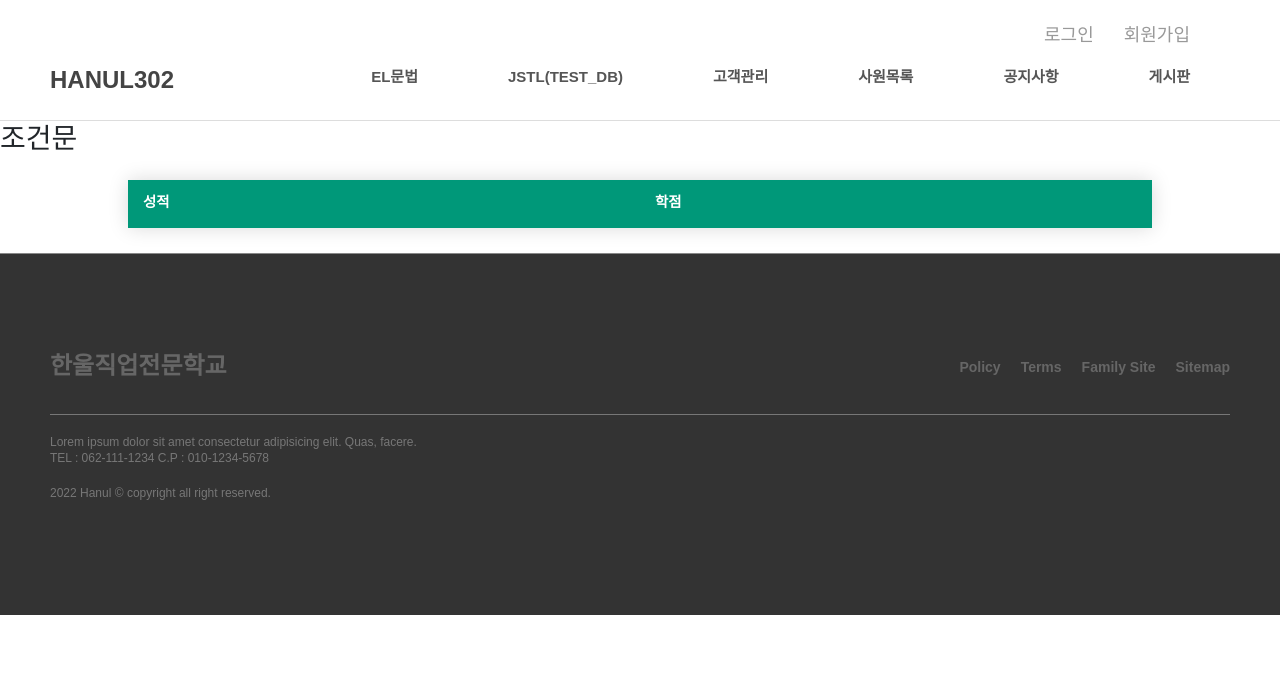
Repository: Xeyeong/servlet
Page: http://localhost/05.MiniProject/el/control.jsp
These files come from the project's save history. The page is drawn as it stood at one moment and after a run of saves; the edit follows.
The browser window is 1280 px wide. The pictures show the whole page.
Some web libraries are served in a nearby version. The page is served by Tomcat 9. Other server files are loaded and not shown.

Above is the page before, as saved 2022-09-22 00:40:42.

### 05.MiniProject/src/main/webapp/el/control.jsp
<%@ page language="java" contentType="text/html; charset=UTF-8"
	pageEncoding="UTF-8"%>
<%@ taglib uri="http://java.sun.com/jsp/jstl/core" prefix="c"%>
<!DOCTYPE html>
<html>
<head>
<meta charset="UTF-8">
<title>Insert title here</title>
</head>
<body>
	<jsp:include page="/include/header.jsp" />
	<h3>조건문</h3>
	<c:set var="score" value="85" />
	<table class="styled-table">
		<tr>
			<th>성적</th>
			<th>학점</th>
		</tr>
	</table>



	<jsp:include page="/include/footer.jsp" />
</body>
</html>

### 05.MiniProject/src/main/webapp/include/header.jsp
<%@ page language="java" contentType="text/html; charset=UTF-8"
    pageEncoding="UTF-8"%>
<%@ taglib uri="http://java.sun.com/jsp/jstl/core" prefix="c" %>
<!DOCTYPE html>
<html>
<head>
<meta charset="UTF-8">
<meta http-equiv="X-UA-Compatible" content="IE=CHROME">
<meta name="viewport" content="width=device-width, initial-scale=1.0">
<title>실습용 테마</title>
<link rel="icon" href="favicon.ico" type="image/x-icon">
<script src="https://kit.fontawesome.com/c47106c6a7.js"
	crossorigin="anonymous"></script>
<link rel="stylesheet" href="<c:url value="/"/>css/style.css?<%=new java.util.Date()%>">
<link rel="stylesheet" href="<c:url value="/"/>css/common.css?<%=new java.util.Date()%>">
<script src="js/ie.js"></script>
<link
	href="https://cdn.jsdelivr.net/npm/bootstrap@5.2.0-beta1/dist/css/bootstrap.min.css"
	rel="stylesheet"
	integrity="sha384-0evHe/X+R7YkIZDRvuzKMRqM+OrBnVFBL6DOitfPri4tjfHxaWutUpFmBp4vmVor"
	crossorigin="anonymous">
<script
	src="https://cdn.jsdelivr.net/npm/bootstrap@5.2.0-beta1/dist/js/bootstrap.bundle.min.js"
	integrity="sha384-pprn3073KE6tl6bjs2QrFaJGz5/SUsLqktiwsUTF55Jfv3qYSDhgCecCxMW52nD2"
	crossorigin="anonymous"></script>
<script src="https://code.jquery.com/jquery-3.6.0.min.js"></script>
</head>
<body>
	<header>
		<div class="inner">
			<h1>
				<a href="#">HANUL302</a>
			</h1>
			<ul id="gnb">
				<li><a href="<c:url value="/"/>list.el">EL문법</a></li>
				<li><a href="<c:url value="/"/>list.te">JSTL(TEST_DB)</a></li>
				<li><a href="<c:url value="/"/>list.cu">고객관리</a></li>
				<li><a href="#">사원목록</a></li>
				<li><a href="#">공지사항</a></li>
				<li><a href="#">게시판</a></li>
			</ul>



			<ul class="util">
				<li><a href="#">로그인</a></li>
				<li><a href="#">회원가입</a></li>
			</ul>

		</div>

	</header>
</body>
</html>

### 05.MiniProject/src/main/webapp/include/footer.jsp
<%@ page language="java" contentType="text/html; charset=UTF-8"
    pageEncoding="UTF-8"%>
<footer>
		<div class="inner">
			<div class="upper">
				<h1>한울직업전문학교</h1>
				<ul>
					<li><a href="#">Policy</a></li>
					<li><a href="#">Terms</a></li>
					<li><a href="#">Family Site</a></li>
					<li><a href="#">Sitemap</a></li>
				</ul>
			</div>
			<div class="lower">
				<address>
					Lorem ipsum dolor sit amet consectetur adipisicing elit. Quas,
					facere.<br> TEL : 062-111-1234 C.P : 010-1234-5678
				</address>
				<p>2022 Hanul &copy; copyright all right reserved.</p>
			</div>
		</div>
</footer>

### 05.MiniProject/src/main/webapp/css/style.css
@charset 'utf-8';


* {
	margin: 0px;
	padding: 0px;
	box-sizing: border-box;
}
ul,
ol {
	list-style: none;
}
a {
	text-decoration: none;
}

/* header */
header {
	width: 100%;
	border-bottom: 1px solid #ddd;
}
header .inner {
	width: 1180px;
	height: 120px;
	margin: 0px auto;
	position: relative; /*자식 absolute 요소의 기준점 설정*/
}
header .inner h1 {
	position: absolute;
	left: 0px;
	bottom: 15px;
}
header .inner h1 a {
	font: bold 24px/1 "arial";
	color: #444;
}
header .inner .util {
	position: absolute;
	top: 20px;
	right: 30px;
}
header .inner .util li {
	float: left;
}
header .inner .util li a {
	display: block;
	font: 18px "arial";
	color: #999;
	padding: 0px 10px;
}
header .inner #gnb {
	position: absolute;
	bottom: 0px;
	right: 0px;
}
header .inner #gnb li {
	float: left;
}
header .inner #gnb li a {
	display: block; /*인라인 요소는 block설정하여 크기를 조절가능*/
	font: bold 15px/1 "arial";
	color: #555;
	padding: 20px 40px;
	transition: all 0.5s;
}
header .inner #gnb li a:hover {
	background: #555;
	color: #fff;
}
figure {
	width: 100%;
	height: calc(100vh - 120px); /*전체 브라우저 높이에서 120px만큼 빼줌*/
	background: #000;
	position: relative;
	overflow: hidden;
	padding-top: 250px;
}
figure video {
	object-fit: cover; /*영상을 figure안쪽에 꽉 차도록 설정*/
	width: 100%;
	height: 100%;
	opacity: 0.3;
	position: absolute;
	top: 0px;
	left: 0px;
}
figure .inner {
	width: 1180px;
	margin: 0px auto;
	position: relative;
}
figure .inner h1 {
	font: normal 120px/1 "arial";
	color: #fff;
	margin-bottom: 20px;
}
figure .inner p {
	font: 16px/1.4 "arial";
	color: #888;
	margin-bottom: 60px;
}
figure .inner a {
	display: block;
	width: 400px;
	height: 30px;
	border: 1px solid #bbb;
	font: bold 11px/30px "arial";
	color: #fff;
	text-align: center;
	letter-spacing: 1px;
	transition: all 0.5s;
}
figure .inner a:hover {
	background: #fff;
	color: #555;
}
/* news */
section {
	width: 100%;
	padding: 200px 0px;
}
section .inner {
	width: 1180px;
	margin: 0px auto;
}
section .inner h1 {
	font: bold 24px/1 "arial";
	color: #555;
	text-align: center;
	margin-bottom: 50px;
}
section .inner .wrap {
	width: 100%;
}
section .inner .wrap::after {
	/*자식 요소인 article의 float해제*/
	content: "";
	display: block;
	clear: both;
}
section .inner .wrap article {
	width: 32%;
	float: left;
	margin-right: 20px;
}
section .inner .wrap article:last-child {
	/*제일 오른쪽 마지막 요소만 여백제거*/
	margin-right: 0px;
}
section .inner .wrap article h2 {
	margin-bottom: 10px;
}
section .inner .wrap article h2 a {
	font: bold 16px/1 "arial";
	color: #555;
}
section .inner .wrap article p {
	font: 14px/1.4 "arial";
	color: #777;
}
section .inner .wrap article .pic {
	width: 100%;
	height: 120px;
	background: #333;
	margin-bottom: 15px;
	position: relative;
	overflow: hidden;
}
section .inner .wrap article .pic img {
	object-fit: cover; /*pic프레임안에 이미지 꽉 채움*/
	width: 100%;
	height: 100%;
}
/* footer */
footer {
	width: 100%;
	background: #333;
	padding: 100px 0px;
	border-top: 1px solid #888;
}
footer .inner {
	width: 1180px;
	margin: 0px auto;
}
footer .inner .upper {
	width: 100%;
	border-bottom: 1px solid #777;
	padding-bottom: 20px;
}
footer .inner .upper::after {
	/*상단 영역 float해제*/
	content: "";
	display: block;
	clear: both;
}
footer .inner .upper h1 {
	float: left;
	font: bold 24px/1 "arial";
	color: #666;
}
footer .inner .upper ul {
	float: right;
}
footer .inner .upper ul li {
	float: left;
	margin-left: 20px;
}
footer .inner .upper ul li a {
	font: bold 14px/1 "arial";
	color: #666;
}
footer .inner .lower {
	width: 100%;
	padding-top: 20px;
}
footer .inner .lower address {
	width: 100%;
	font: 12px/1.3 "arial";
	color: #777;
	margin-bottom: 20px;
}
footer .inner .lower p {
	width: 100%;
	font: 12px/1 "arial";
	color: #777;
}

.styled-table {
	width: 80%;
    border-collapse: collapse;
    margin: 2% 10% 2% 10% ;
    font-size: 0.9em;
    font-family: sans-serif;
    min-width: 400px;
    box-shadow: 0 0 20px rgba(0, 0, 0, 0.15);

}

.styled-table thead tr {
    background-color: #009879;
    color: #ffffff;
    text-align: left;
}
table th{
	background-color: #6d6b6b!important;  color : #fff;
}
.styled-table th,
.styled-table td {
    padding: 12px 15px;
}

.styled-table tbody tr {
    border-bottom: 1px solid #dddddd;
}

.styled-table tbody tr:nth-of-type(even) {
    background-color: #f3f3f3;
}

.styled-table tbody tr:last-of-type {
    border-bottom: 2px solid #009879;
}

.styled-table tbody tr.active-row {
    font-weight: bold;
    color: #009879;
}



.styled-table {
	width: 80%;
    border-collapse: collapse;
    margin: 2% 10% 2% 10%;
    font-size: 0.9em;
    font-family: sans-serif;
    min-width: 400px;
    box-shadow: 0 0 20px rgba(0, 0, 0, 0.15);
}

.styled-table thead tr {
    background-color: #009879;
    color: #ffffff;
    text-align: left;
}

.styled-table th,
.styled-table td {
    padding: 12px 15px;
}

.styled-table tbody tr {
    border-bottom: 1px solid #dddddd;
}

.styled-table tbody tr:nth-of-type(even) {
    background-color: #f3f3f3;
}

.styled-table tbody tr:last-of-type {
    border-bottom: 2px solid #009879;
}

.styled-table tbody tr.active-row {
    font-weight: bold;
    color: #009879;
}
.list-top{
	width: 80%;
	margin: 2% 10%;
}
input[ type=button ] {
	padding : 2px 10px
}

input[ type=submit ]{
	padding: 2px 10px
}
label:not(:last-child) {
	margin-right: 30px
}

### 05.MiniProject/src/main/webapp/css/common.css
@charset "UTF-8";

ul {
	list-style-type: none;
	align-items: center;
	padding: 0;
}

.center {
	position: absolute;
	left: 50%;
	top: calc(120px + 50%);
	transform: translate(-50%, -50%);
}

.list-top {
	display: flex;
	justify-content: space-between;
}

.list-top ul {
	display: flex;
}

table.tb-list th, table.tb-list td {
	border: 1px solid #b0b0b0;
}

.list-top {
	width: 80%;
	margin: 2% 10%
}

input[type=button], input[type=submit] {
	padding: 2px 10px
}

table th {
	background-color: #009879 !important;
	color: #fff;
}

label:not(:last-child) {
	margin-right: 30px
}

.btnSet {
	margin: 20px auto;
	width: 80%;
}

.btnSet a:not(:last-child) {
	margin-right: 5px
}

a {
	text-decoration: none !important;
}

a.btn-fill, a.btn-empty {
	height: 28px;
	padding: 3px 15px;
	border: 1px solid #009879;
	border-radius: 3px;
}

a.btn-fill {
	background-color: #009879;
	color: #fff;
}

a.btn-empty {
	color: #009879;
}

input {
	padding: 0 10px;
}

input:focus {
	outline: none !important;
	border-color: #009879;
}

.tb-wrap {
	overflow: auto;
	margin: 20px auto;
	height: 500px;
	width: 80%;
}

.tb-wrap table {
	width: 100%;
	margin: 0;
}

header ul li:not(:first-child) {
	margin-left: 10px
}

.valid {
	color: green;
	font-size: 14px;
	font-weight: bold;
}

.invalid {
	color: red;
	font-size: 14px;
	font-weight: bold;
}

.font {
	font-size: 18px;
}

#delete {
	display: none;
}

.w-px40 {
	width: 40px
}

.w-px60 {
	width: 60px
}

.w-px80 {
	width: 80px
}

.w-px100 {
	width: 100px
}

.w-px120 {
	width: 120px
}

.w-px140 {
	width: 140px
}

.w-px160 {
	width: 160px
}

.w-px180 {
	width: 180px
}

.w-px200 {
	width: 200px
}

.w-px220 {
	width: 220px
}

.w-px250 {
	width: 250px
}

.w-px300 {
	width: 300px
}

Loaded but not shown: 05.MiniProject/src/main/webapp/js/ie.js (common file)

After the next 2 saves:
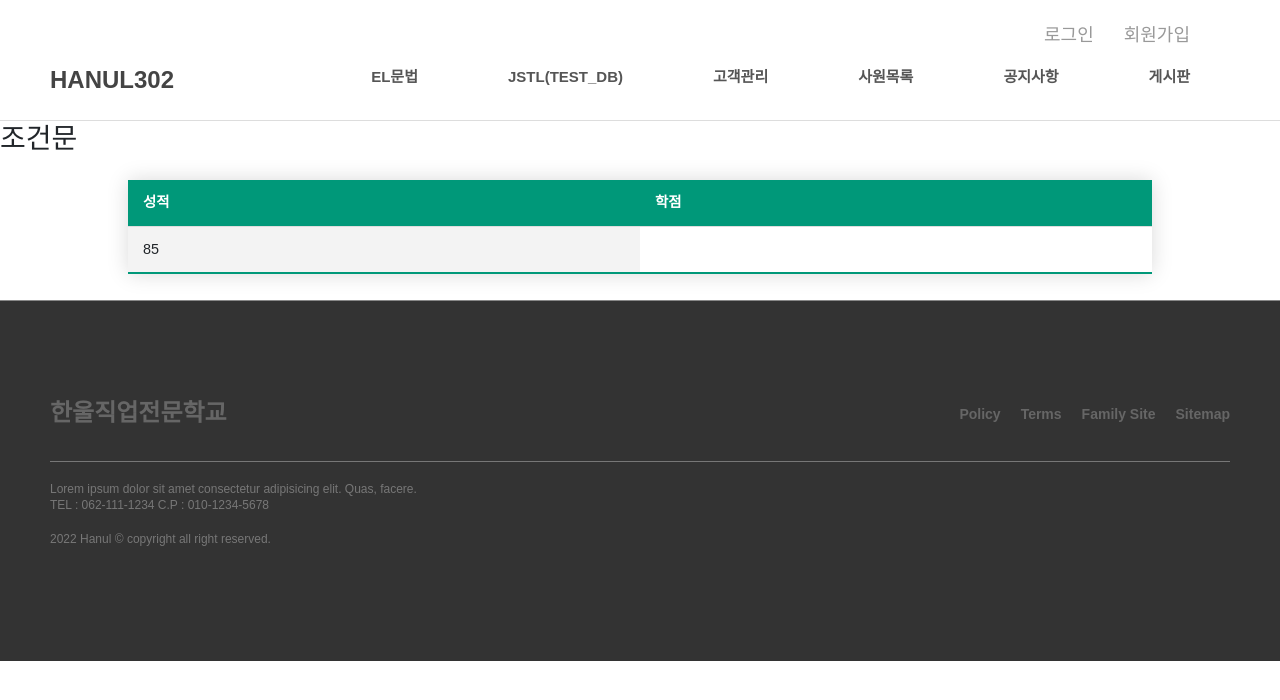
The 2 saves are shown as one change because they came seconds apart.
The last was saved 29 s later.
--- a/05.MiniProject/src/main/webapp/el/control.jsp
+++ b/05.MiniProject/src/main/webapp/el/control.jsp
@@ -16,6 +16,9 @@
 			<th>성적</th>
 			<th>학점</th>
 		</tr>
+		<tr>
+			<td>${score}</td>
+		</tr>
 	</table>
 
 
